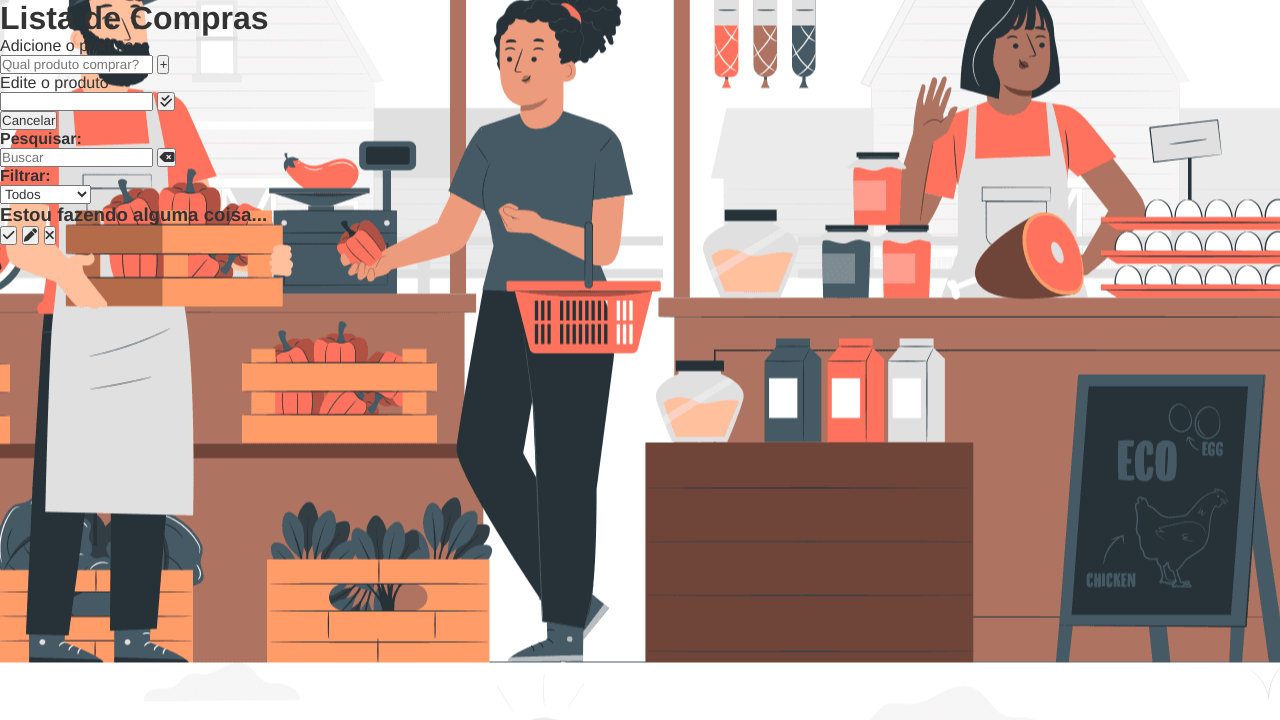
Repository: Dkrvalho/mercado
Page: index.html
These files come from the project's save history. The page is drawn as it stood at one moment and after a run of saves; the edit follows.
The browser window is 1280 px wide. The pictures show the whole page.

Above is the page before, as saved 2023-01-09 12:38:22.

After the next 3 saves:
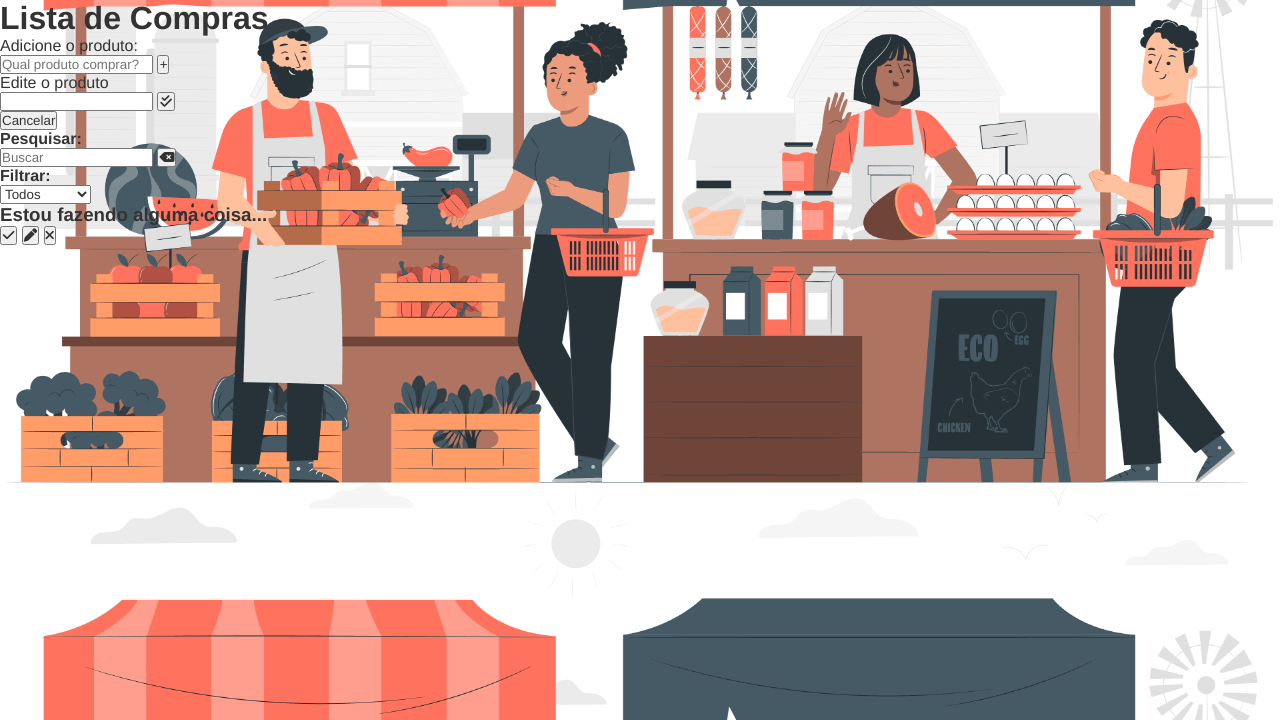
The 3 saves are shown as one change because they came seconds apart.
The last was saved 9 s later.
--- a/css/style.css
+++ b/css/style.css
@@ -10,5 +10,5 @@
 body {
     background-image: url("../img/fundo.png");
     background-position: center;
-    bac
+    background-size: cover;
 }
